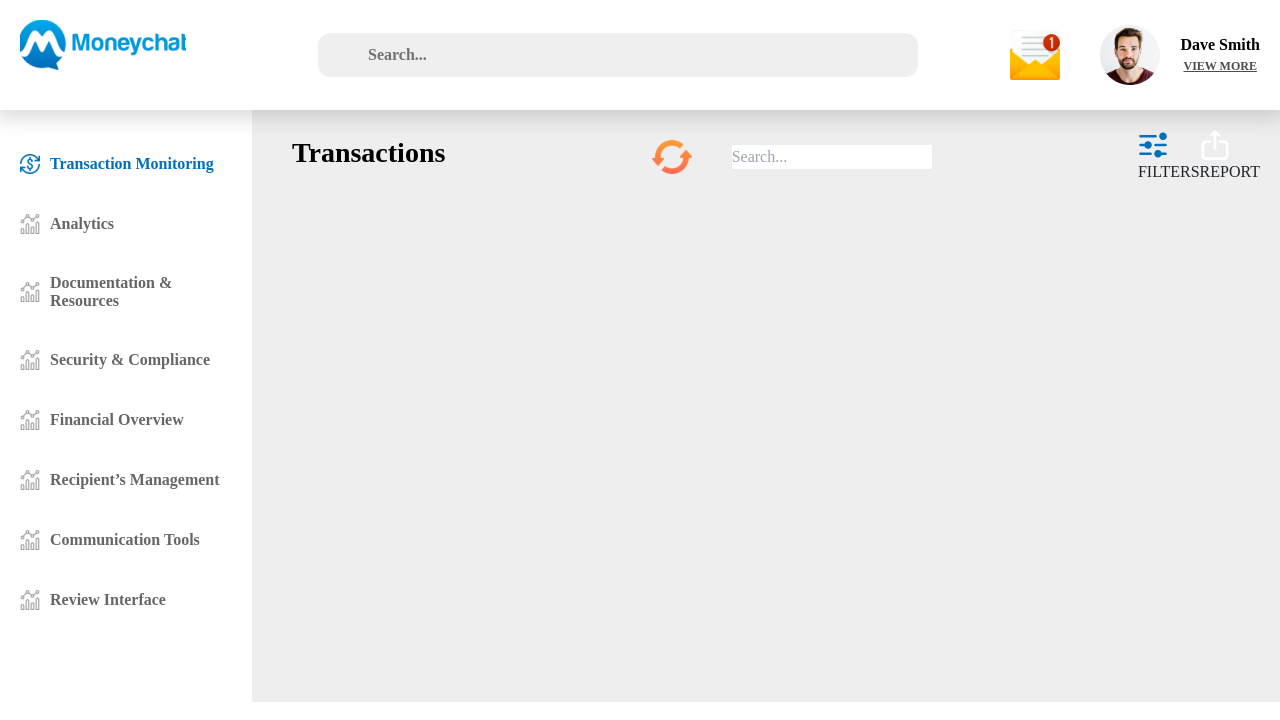
Repository: FlyweisReact/Money-Chat
Page: /transaction
The author's editor kept a copy of each file at every save. The page is drawn from the files as they stood at one save, then again after a run of saves.
The browser window is 1280 px wide. The pictures show the whole page.
The project was rebuilt for these pictures with package versions that can differ from the ones it lists, and the page was loaded fresh each time. Also part of the build but not shown: src/forms/ForgetPassword.js, src/forms/Login.jsx, src/forms/NeedHelp.js, src/forms/Regestration.js, src/forms/Verify.js.

Above is the page before, as saved 2023-11-30 15:32:46.

### src/index.js
import React from "react";
import ReactDOM from "react-dom/client";
import "./index.css";
import App from "./App";
import { BrowserRouter } from "react-router-dom";
import 'bootstrap/dist/css/bootstrap.min.css'
// Commit Changes
const root = ReactDOM.createRoot(document.getElementById("root"));
root.render(
  <React.StrictMode>
    <BrowserRouter>
      <App />
    </BrowserRouter>
  </React.StrictMode>
);

### src/CSS/style.css
/** @format */

.Login_screen {
  background: linear-gradient(
      0deg,
      rgba(238, 238, 238, 0.2) 0%,
      rgba(238, 238, 238, 0.2) 100%
    ),
    #fff;
  display: flex;
  flex-direction: column;
  justify-content: center;
  align-items: center;
  width: 100%;
  height: 100vh;
}
.Login_screen .Login_Container {
  max-width: 667px;
  max-height: 785px;
  width: 100%;
  height: 100%;
  border-radius: 13px;
  background: #fff;
  box-shadow: 0px 10px 30px 3px rgba(0, 0, 0, 0.15);
  padding: 20px;
  padding-bottom: 50px;
}
.Login_screen .Login_Container .logo {
  display: block;
  margin: auto;
  width: 166px;
  margin-top: 40px;
}
.Login_screen .Login_Container .description {
  margin-top: 40px;
}
.Login_screen .Login_Container .description h6 {
  color: #000;
  text-align: center;
  font-size: 32px;
  font-style: normal;
  font-weight: 700;
  line-height: normal;
}

.Login_screen .Login_Container .description p {
  color: rgba(0, 0, 0, 0.7);
  text-align: center;
  font-size: 20px;
  font-style: normal;
  font-weight: 400;
  line-height: normal;
}

.Login_Container .input_container {
  margin-bottom: 50px;
}
.Login_Container .input_container.special {
  max-height: 300px;
  padding-bottom: 50px;
  overflow-y: scroll;
}
.Login_Container .input_group {
  display: flex;
  gap: 10px;
  align-items: center;
  border-radius: 13px;
  background: rgba(238, 238, 238, 0.2);
  box-shadow: 0px 6px 20px 2px rgba(0, 0, 0, 0.15);
  padding: 15px;
  width: 80%;
  margin: auto;
}
.Login_Container .input_group img {
  width: 20px;
}
.Login_Container .input_group input {
  outline: none;
  border: none;
  color: #0070bc;
  font-size: 16px;
  font-style: normal;
  font-weight: 500;
  line-height: normal;
  font-weight: 600;
  width: 80%;
}
.Login_Container .input_group input.without_color {
  color: rgba(0, 0, 0, 0.7);
}
.Login_Container .input_group input.without_color::placeholder {
  color: rgba(0, 0, 0, 0.7);
}
.Login_Container .input_group input::placeholder {
  color: #0070bc;
  font-weight: 600;
}

.Login_Container .login_btn {
  max-width: 250px;
  width: 100%;
  display: block;
  margin: auto;
  margin-top: 40px;
  color: #fff;
  text-align: center;
  font-size: 18px;
  font-style: normal;
  font-weight: 600;
  line-height: normal;
  border-radius: 10px;
  background: linear-gradient(180deg, #fea82f 0%, #fd575b 100%);
  padding: 15px;
}

.Login_Container .create_new {
  display: flex;
  justify-content: center;
  gap: 20px;
  align-items: center;
  margin-top: 50px;
}

.Login_Container .create_new .item {
  display: flex;
  gap: 10px;
  align-items: center;
  width: 300px;
  justify-content: center;
}
.Login_Container .create_new .item img {
  width: 20px;
}
.Login_Container .create_new .item span {
  color: rgba(0, 0, 0, 0.7);
  text-align: center;
  font-size: 16px;
  font-style: normal;
  font-weight: 600;
  line-height: normal;
}

.Login_Container .create_new .item:first-child {
  border-right: 2px solid #000;
  padding-right: 10px;
}

.Login_Container a {
  text-decoration: none;
}

.Login_Container .button_container {
  display: flex;
  justify-content: space-between;
  align-items: center;
  gap: 20px;
}
.Login_Container .button_container button {
  max-width: 250px;
  width: 100%;
  display: block;
  margin: auto;
  color: #fff;
  text-align: center;
  font-size: 18px;
  font-style: normal;
  font-weight: 600;
  line-height: normal;
  border-radius: 10px;
  background: linear-gradient(180deg, #fea82f 0%, #fd575b 100%);
  padding: 15px;
}

.Login_Container .button_container .cancel {
  max-width: 250px;
  width: 100%;
  display: flex;
  gap: 10px;
  align-items: center;
}
.Login_Container .button_container .cancel a {
  font-size: 18px;
  font-style: normal;
  font-weight: 700;
  line-height: normal;
  text-decoration-line: underline;
  background: linear-gradient(180deg, #fea82f 0%, #fd575b 100%);
  background-clip: text;
  -webkit-background-clip: text;
  -webkit-text-fill-color: transparent;
}
.Login_Container .button_container .cancel img {
  width: 30px;
}

.Login_Container .progress_bar {
  border-radius: 10px;
  background: rgba(196, 196, 196, 0.4);
  width: 100%;
  height: 16px;
  margin-top: 40px;
}

.Login_Container .progress_bar .colored {
  width: 33%;
  border-radius: 10px;
  background: linear-gradient(90deg, #fea82f 0%, #fd575b 100%);
  height: 100%;
}
.Login_Container .progress_bar .second_stage {
  width: 80%;
  border-radius: 10px;
  background: linear-gradient(90deg, #fea82f 0%, #fd575b 100%);
  height: 100%;
}

.Login_Container .input_container .heading {
  color: #0070bc;
  font-size: 20px;
  font-style: normal;
  font-weight: 700;
  line-height: normal;
  padding: 20px;
  padding-bottom: 0;
  margin-top: 20px;
}

.Login_Container .whole_button_container {
  border-radius: 13px;
  background: rgba(238, 238, 238, 0.2);
  box-shadow: 0px 6px 20px 2px rgba(0, 0, 0, 0.15);
  width: 90%;
  margin: auto;
  display: flex;
  align-items: center;
  justify-content: space-between;
  padding-left: 20px;
  padding-right: 20px;
  padding: 10px;
  margin-top: 10px;
}

.Login_Container .whole_button_container p {
  margin: 0;
  color: rgba(0, 0, 0, 0.7);
  font-size: 16px;
  font-style: normal;
  font-weight: 600;
  line-height: normal;
}

.Login_Container .whole_button_container button {
  border-radius: 13px;
  background: rgba(0, 170, 234, 0.5);
  width: 200px;
  padding: 10px;
  color: #fff;
  text-align: center;
  font-size: 16px;
  font-style: normal;
  font-weight: 600;
  line-height: normal;
  display: flex;
  justify-content: center;
  align-items: center;
  gap: 20px;
}

.Login_Container .whole_button_container button.img {
  width: 20px;
}

.verify {
  background: #f0f6f5;
  width: 100%;
  height: 100vh;
}
.verify img {
  width: 800px;
  display: block;
  margin: auto;
}
.verify .colored {
  color: rgba(0, 0, 0, 0.7);
  text-align: center;
  font-size: 32px;
  font-style: normal;
  font-weight: 500;
  line-height: normal;
}
.verify p {
  color: rgba(0, 0, 0, 0.6);
  text-align: center;
  font-size: 24px;
  font-style: normal;
  font-weight: 400;
  line-height: normal;
}

.Login_Container .Drop_Links {
  padding: 20px;
}

.Login_Container .Drop_Links div {
  border-bottom: 1px solid rgba(0, 0, 0, 0.6);
  padding: 20px;
  display: flex;
  justify-content: space-between;
  align-items: center;
  cursor: pointer;
  margin-top: 20px;
}
.Login_Container .Drop_Links div span {
  color: rgba(0, 0, 0, 0.6);
  font-size: 16px;
  font-style: normal;
  font-weight: 600;
  line-height: normal;
}
.Login_Container .Drop_Links div i {
  font-size: 18px;
  color: #fea82f;
}

/* Navbar */
.Navbar {
  background: #fff;
  box-shadow: 0px 4px 20px 4px rgba(0, 0, 0, 0.15);
  display: flex;
  justify-content: space-between;
  align-items: center;
  gap: 20px;
  padding: 20px;
  width: 100%;
  position: relative;
  z-index: 2;
}
.Navbar .logo {
  width: 206px;
}

.Navbar .search_bar {
  border-radius: 13px;
  background: rgba(238, 238, 238, 0.93);
  max-width: 600px;
  width: 100%;
  padding: 10px;
  display: flex;
  gap: 20px;
  align-items: center;
  padding-left: 30px;
}

.Navbar .search_bar input {
  background-color: transparent;
  outline: none;
  width: 90%;
  font-size: 16px;
  font-weight: 600;
}

.Navbar .search_bar input::placeholder {
  color: rgba(30, 30, 30, 0.6);
  font-weight: 600;
}

.Navbar .side_div {
  display: flex;
  align-items: center;
  gap: 20px;
  justify-content: space-between;
  max-width: 250px;
  width: 100%;
}

.Navbar .side_div .notify {
  max-width: 50px;
  width: 100%;
}
.Navbar .side_div .content {
  display: flex;
  align-items: center;
  gap: 20px;
}
.Navbar .side_div .content div {
  display: flex;
  flex-direction: column;
  gap: 5px;
  justify-content: center;
  align-items: center;
}
.Navbar .side_div .content div p {
  margin: 0;
  color: #000;
  font-size: 16px;
  font-style: normal;
  font-weight: 600;
  line-height: normal;
}

.Navbar .side_div .content div a {
  color: rgba(0, 0, 0, 0.7);
  font-size: 12px;
  font-style: normal;
  font-weight: 600;
  text-decoration: underline;
  line-height: normal;
}

/* ---- */
.component_style {
  display: flex;
  gap: 20px;
  background: #eee;
}
.sidebar {
  background-color: #fff;
  width: 20%;
}

.sidebar ul {
  display: flex;
  gap: 40px;
  flex-direction: column;
  padding: 20px;
}
.sidebar ul li {
  display: flex;
  align-items: center;
  gap: 10px;
}
.sidebar ul li span.link {
  color: rgba(0, 0, 0, 0.6);
  font-size: 16px;
  font-style: normal;
  font-weight: 600;
  line-height: normal;
}

.sidebar ul li img {
  width: 20px;
}
.sidebar ul a {
  text-decoration: none;
}
.sidebar ul a.active li span.link {
  color: #0070bc;
}

.child_component {
  width: 80%;
  padding: 20px;
  height: 100%;
}

/* ------ */
.Heading_all {
  display: flex;
  justify-content: space-between;
  align-items: center;
}

.Heading_all h5 {
  color: #000;
  font-size: 28px;
  font-style: normal;
  font-weight: 600;
  line-height: normal;
}

.Heading_all .search {
  display: flex;
  gap: 20px;
  align-items: center;
}

.Heading_all .search  img {
  width: 40px;
}

.Heading_all .search  div {
  display: flex;
  align-items: center;
  gap: 20px
  ;
}

### src/layout/HOC.jsx
/** @format */

import React, { useState } from "react";
import Navbar from "./Navbar";
import Sidebar from "./Sidebar";

const HOC = (Wcomponenet) => {
  return function Component() {
    const [hamb, setHamb] = useState(false);
    return (
      <>
        <div style={{ backgroundColor: "#f2f3f8" }}>
          <Navbar hamb={hamb} setHamb={setHamb} />
        </div>

        <section className="component_style">
          <Sidebar hamb={hamb} setHamb={setHamb} />
          <div
            className="h-[87%] child_component"
            style={{ overflowY: "auto" }}
          >
            {" "}
            <Wcomponenet />
          </div>
        </section>
      </>
    );
  };
};

export default HOC;

### src/layout/Navbar.jsx
/** @format */
import logo from "../Images/logo.png";

const Navbar = () => {
  return (
    <>
      <div className="Navbar">
        <div className="logo">
          <img src={logo} alt="" />
        </div>

        <div className="search_bar">
          <i className="fa-solid fa-magnifying-glass"></i>
          <input type="search" placeholder="Search..." />
        </div>

        <div className="side_div">
          <img src="./Image/13.png" alt="" className="notify" />

          <div className="content">
            <img src="./Image/12.png" alt="" />
            <div>
              <p className="head">Dave Smith</p>
              <a>VIEW MORE </a>
            </div>
          </div>

        </div>


      </div>
    </>
  );
};

export default Navbar;

### src/layout/Sidebar.jsx
/** @format */

import React from "react";
import { Link, useLocation, useNavigate } from "react-router-dom";
import { toast } from "react-toastify";

const Sidebar = () => {
  const navigate = useNavigate();
  const location = useLocation();

  const nav = [
    {
      img: "./Image/14.svg",
      activeImg: "./Image/Monitoring.svg",
      link: "/transaction",
      name: "Transaction Monitoring",
    },
    {
      img: "./Image/Analytics.svg",
      activeImg: "./Image/Analyticsactive.svg",
      link: "/Product",
      name: "Analytics ",
    },

    {
      img: "./Image/Analytics.svg",
      activeImg: "./Image/Analyticsactive.svg",
      link: "/service",
      name: "Documentation & Resources",
    },
    {
      img: "./Image/Analytics.svg",
      activeImg: "./Image/Analyticsactive.svg",
      link: "/gallery",
      name: "Security & Compliance",
    },
    {
      img: "./Image/Analytics.svg",
      activeImg: "./Image/Analyticsactive.svg",
      link: "/getblog",
      name: "Financial Overview",
    },
    {
      img: "./Image/Analytics.svg",
      activeImg: "./Image/Analyticsactive.svg",
      link: "/privacy-policy",
      name: "Recipient’s Management",
    },
    {
      img: "./Image/Analytics.svg",
      activeImg: "./Image/Analyticsactive.svg",
      link: "/terms",
      name: "Communication Tools",
    },
    {
      img: "./Image/Analytics.svg",
      activeImg: "./Image/Analyticsactive.svg",
      link: "/brand",
      name: "Review Interface",
    },
  ];

  const logOut = () => {
    localStorage.clear();
    navigate("/");
    toast.success("Logged Out");
  };

  function ImgFinder(i) {
    if (i.link === location.pathname) {
      return i.activeImg;
    } else {
      return i.img;
    }
  }

  return (
    <>
      <aside className="sidebar">
        <nav className="py-6">
          <ul>
            {nav.map((nav) => {
              return (
                <Link
                  to={nav.link}
                  key={nav.name}
                  className={`Links ${
                    nav.link === location.pathname ? "active" : ""
                  }`}
                >
                  <li>
                    <img src={ImgFinder(nav)} alt="" />
                    <span className="link"> {nav.name}</span>
                  </li>
                </Link>
              );
            })}
          </ul>

          <span
            className="flex my-3 items-center cursor-pointer text-gray-900    tracking-wider p-2 rounded-sm"
            onClick={() => logOut()}
            style={{ color: "#FFF", textTransform: "uppercase" }}
          ></span>
        </nav>
      </aside>
    </>
  );
};

export default Sidebar;

Loaded but not shown: tailwind.config.js (common file); src/App.js (46 lines, source omitted); src/pages/Transaction/Transaction.js (35 lines, source omitted); src/index.css (919 lines, source omitted)

After the next 2 saves:
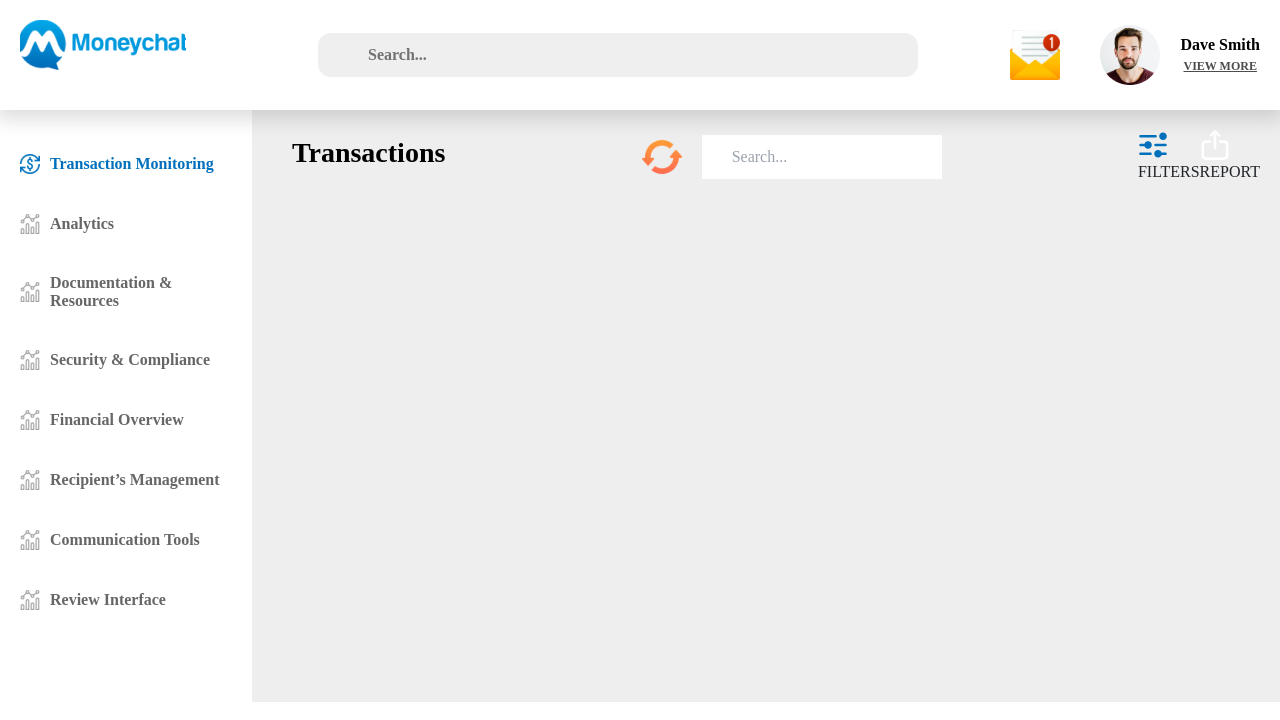
The 2 saves are shown as one change because they came seconds apart.
The last was saved 10 s later.
--- a/src/CSS/style.css
+++ b/src/CSS/style.css
@@ -481,6 +481,7 @@
 .Heading_all .search  div {
   display: flex;
   align-items: center;
-  gap: 20px
-  ;
-}
+  gap: 20px;
+  background-color: #fff;
+  padding: 10px;
+}
